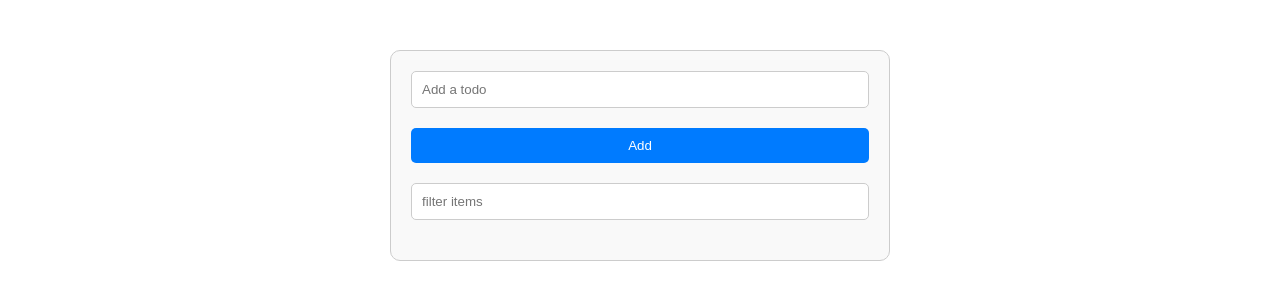
Repository: Fariadd/Vanilla-JS
Page: movieAPI/index.html
An editor plug-in stored every save of this project. The page is shown before and after the next save, followed by the edit.
The browser window is 1280 px wide. The pictures show the whole page.

Above is the page before, as saved 2024-10-02 22:00:51.

After the next save:
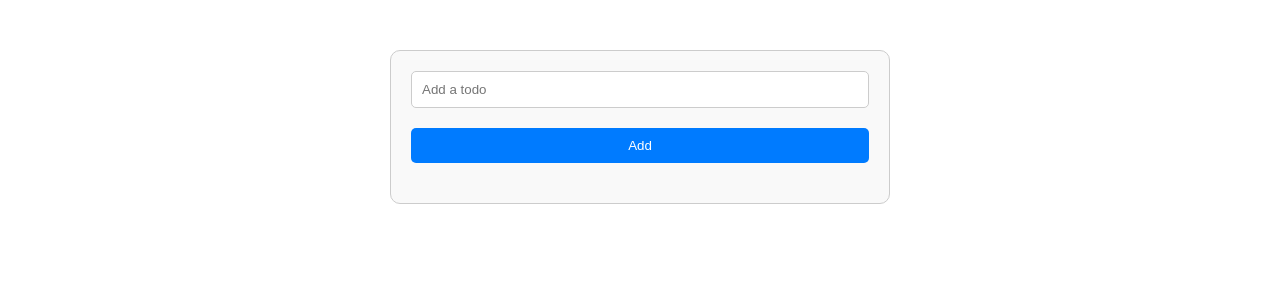
Saved 7 s later.
--- a/movieAPI/script.js
+++ b/movieAPI/script.js
@@ -121,7 +121,7 @@
 
 function checkUI() {
   const liLists = cardList.querySelectorAll("li");
-  if (liLists === 0) {
+  if (liLists !== 0) {
     filter.style.display = "none";
     return;
   }

After the 4 saves that followed:
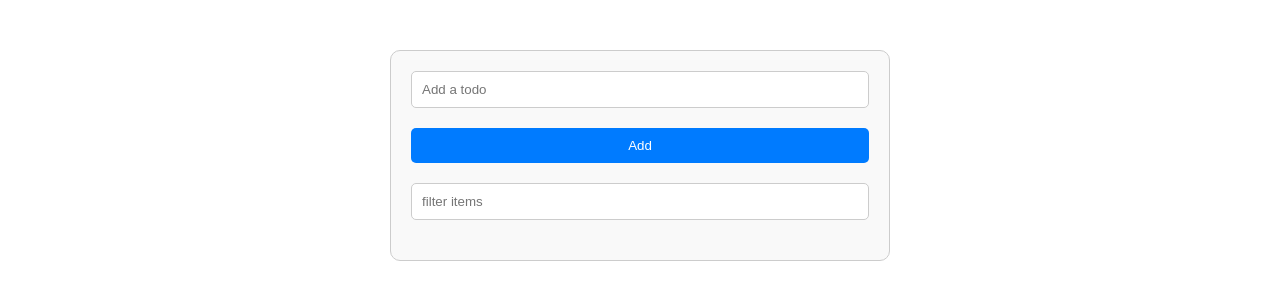
The 4 saves are shown as one change because 1 left the picture as it was and some came seconds apart.
The last was saved 26 s later.
--- a/movieAPI/script.js
+++ b/movieAPI/script.js
@@ -121,7 +121,7 @@
 
 function checkUI() {
   const liLists = cardList.querySelectorAll("li");
-  if (liLists !== 0) {
+  if (!liLists) {
     filter.style.display = "none";
     return;
   }
